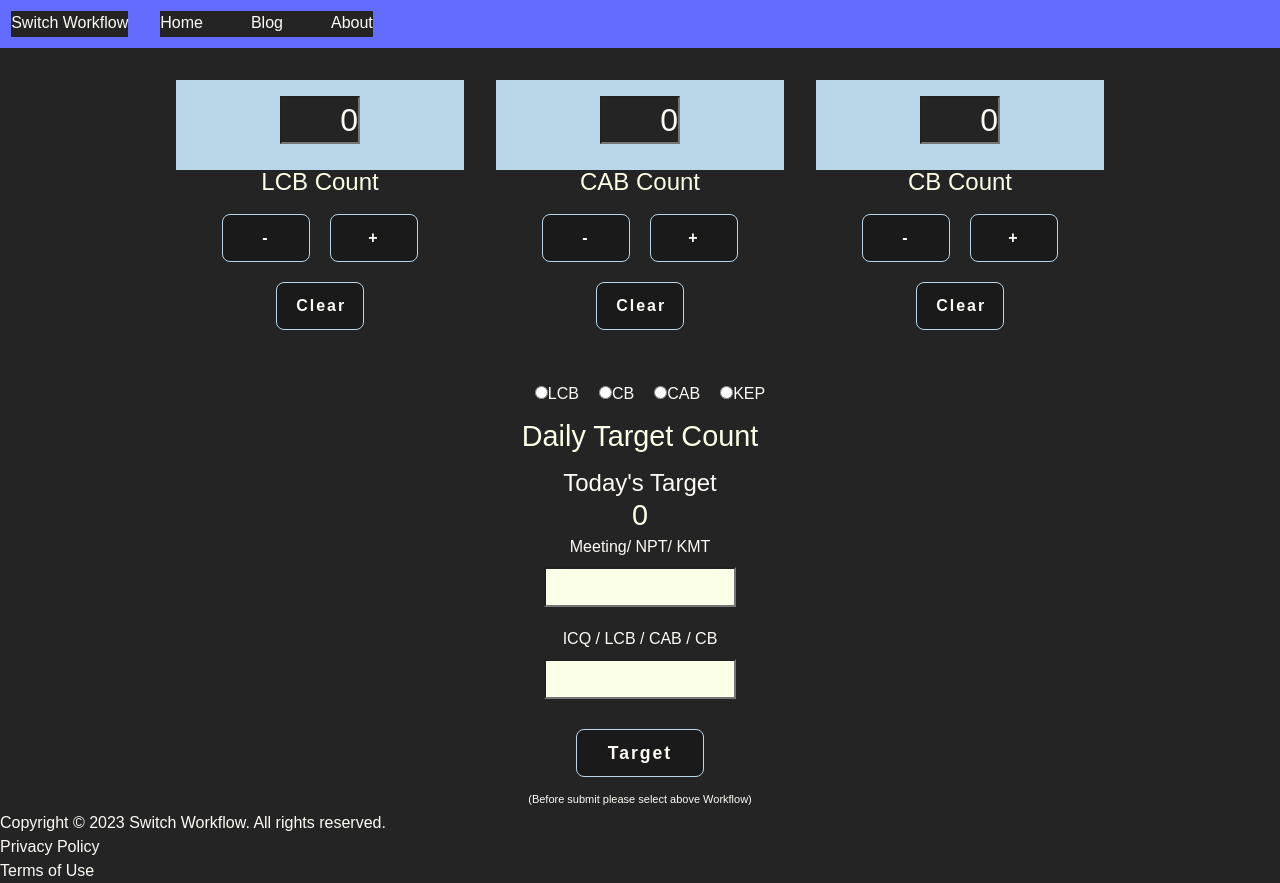
Repository: suraj-yadav7/SwitchWorkflow-Count-reactjs
Page: /
The author's editor kept a copy of each file at every save. The page is drawn from the files as they stood at one save, then again after the next save.
The browser window is 1280 px wide. The pictures show the whole page.
Some web fonts or font styles are not loaded; a fallback is used. The project was rebuilt for these pictures with package versions that can differ from the ones it lists, and the page was loaded fresh each time.

Above is the page before, as saved 2023-04-20 11:53:09.

After the next save:
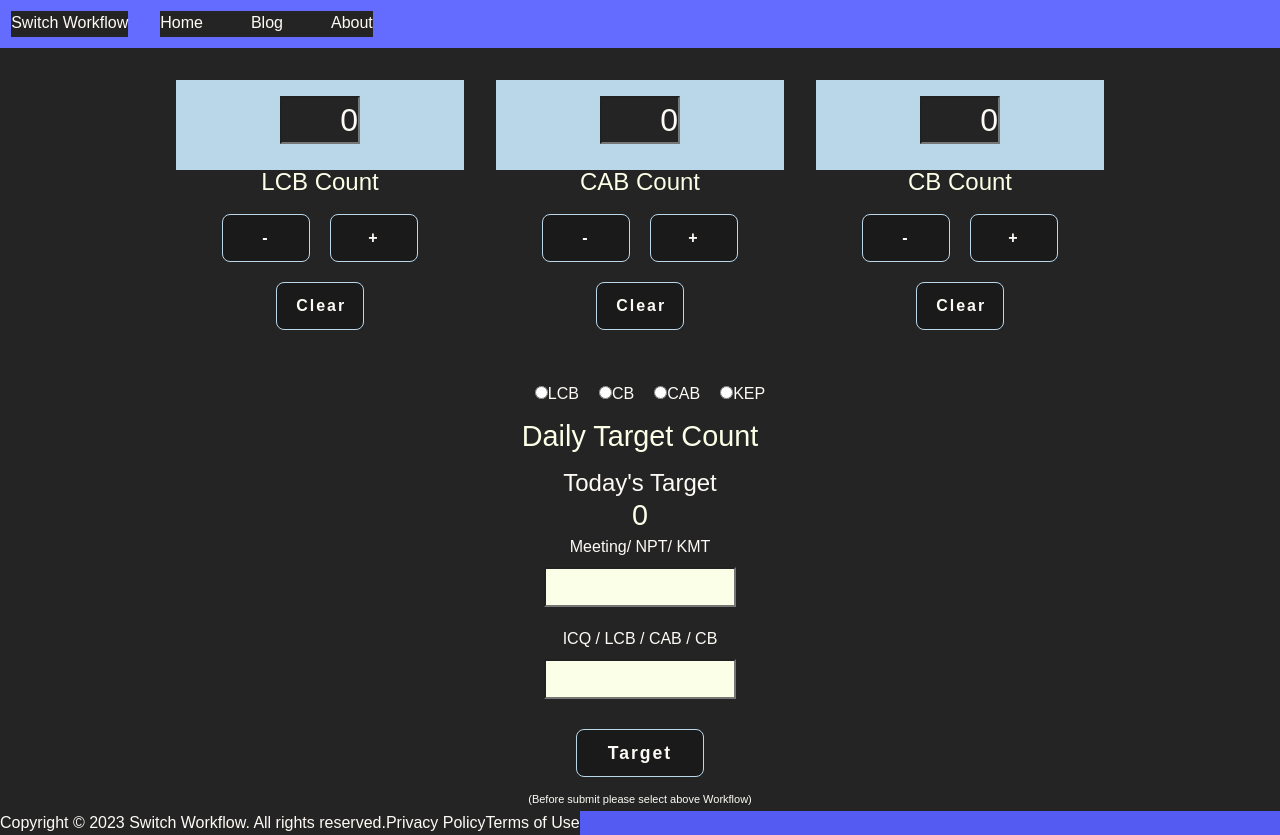
Saved 84 s later.
--- a/src/App.css
+++ b/src/App.css
@@ -147,4 +147,12 @@ li,a{
   margin-left: 20px;
 }
 
-/* gitcode */
+/* footer */
+footer{
+  display: flex;
+  background-color: #535bf2;
+}
+footer >ul{
+display: flex;
+
+}
